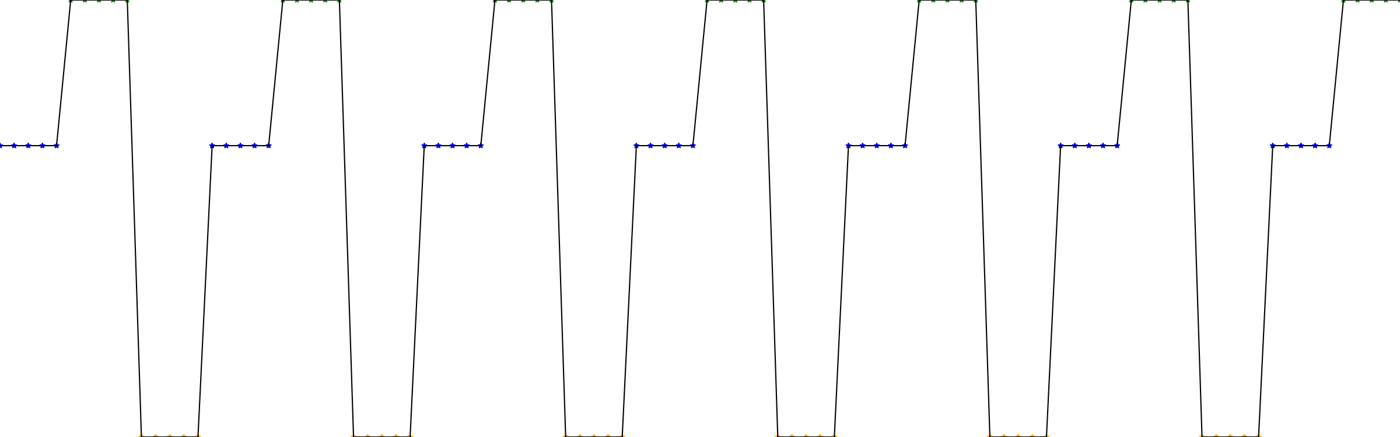
Repository: Carty-Bao/BNPHMM
Script's output: python code/synth.py
An editor plug-in stored every save of this project. The script's output is shown before and after the next save, followed by the edit.
Figures wider than 1,400 px are first shrunk to that width. Random numbers start from a fixed seed.

Above is the script's output before, as saved 2022-08-18 11:00:34.

### code/synth.py
'''
author: Jiadi
Date: 2022.5.7
TODO: add parser
'''
import random
from math import ceil
from re import X
import numpy as np
import pylab as P
from scipy.stats import entropy
# from torch import threshold

def _blob(x,y,area,colour):
    """
    Draws a square-shaped blob with the given area (< 1) at
    the given coordinates.
    """
    hs = np.sqrt(area) / 2
    xcorners = np.array([x - hs, x + hs, x + hs, x - hs])
    ycorners = np.array([y - hs, y - hs, y + hs, y + hs])
    P.fill(xcorners, ycorners, colour, edgecolor=colour)

def hinton(W, maxWeight=None):
    """
    Draws a Hinton diagram for visualizing a weight matrix.
    Temporarily disables matplotlib interactive mode if it is on,
    otherwise this takes forever.
    """
    reenable = False
    if P.isinteractive():
        P.ioff()
    P.clf()
    height, width = W.shape
    if not maxWeight:
        maxWeight = 2**np.ceil(np.log(np.max(np.abs(W)))/np.log(2))

    P.fill(np.array([0,width,width,0]),np.array([0,0,height,height]),'gray')
    P.axis('off')
    P.axis('equal')
    for x in range(width):
        for y in range(height):
            _x = x+1
            _y = y+1
            w = W[y,x]
            if w > 0:
                _blob(_x - 0.5, height - _y + 0.5, min(1,w/maxWeight),'white')
            elif w < 0:
                _blob(_x - 0.5, height - _y + 0.5, min(1,-w/maxWeight),'black')
    if reenable:
        P.ion()
    P.show()

def gen_alpha(type = 'jitter', K = 3):
    '''
    为HMM生成状态转移矩阵和HMM集群中心
    type:调制基形,以PRI为例,可选的调制基形:
    'jitter','stagger','slide','dwell'
    center:不同调制基形对应不同集群中心,如果不指定集群中心,默认中心个数=3

    默认均为一维变量
    '''

    if type == 'jitter':
        assert K==1, "K must be 1"
        alpha = np.eye(K)
    if type in ['stagger', 'agile', 'dwell']:
        alpha = np.eye(K)
        while(1 in np.diag(alpha)):
            np.random.shuffle(alpha)
    if type == 'slide':
        alpha = np.eye(K)
        alpha = np.vstack((alpha[1:],alpha[0]))
    # if type == 'dwell':
    #     tr = np.eye(K)
    #     while(1 in np.diag(tr)):
    #         np.random.shuffle(tr)
    #     alpha = 0.05*tr + np.eye(K)
    return alpha

def Non_ideal_HMM(N, K, XDim=1, mu_sd_factor=0, L=10, spur_ratio=0, miss_ratio=0,type='stagger', mu = None):
    '''N: number of observations
    K: number of discrete components
    XDim: dimensionality of observed data (default = 2)
    mu:HMM集群的中心值，如果没有制定就是[100, 110, 120,...]

    计算虚假脉冲和缺失脉冲个数'''

    spur_num = np.floor(spur_ratio * N)
    miss_num = np.floor(miss_ratio * N)
    N_unideal = int(N + spur_num + miss_num)
    X = np.zeros((N_unideal,XDim))
    Y = np.zeros((N_unideal,L))
    z = np.zeros(K)#记录上一个状态
    Z = np.zeros((N_unideal, 1))
    alpha = gen_alpha(type=type, K=K)

    beta = 0.1 #intial dist params.
    pik = np.random.dirichlet(beta*np.ones(K)) #distribution over initial state p(l_0)
    A = alpha / np.reshape(alpha.sum(axis=1),(K,1))#把alpha归一化
    # mu = np.array([np.random.multivariate_normal(np.zeros(XDim),20*np.eye(XDim)) for _ in range(K)]) #每个类别的均值
    if mu == None:
        mu = np.array([[100+10*i] for i in range(K)])
        mu_init = mu.copy()
    else:
        mu = np.array([mu])
        print(mu)
        mu = mu.T
        mu_init = mu.copy()
    C = np.array([mu_sd_factor*np.eye(XDim) for _ in range(K)])#每个类别的方差
    pr_y = np.array([np.random.dirichlet(0.1*np.ones(L)) for _ in range(K)])#每个类别的可能性的先验概率
    #draw observations:
    n = 0
    bound = X.shape[0]
    while(n<=bound):
        #draw latent component:
        if n==0:
            z = np.random.multinomial(1, pik)
        else:
            prev_z = z.argmax()
            z = np.random.multinomial(1,A[prev_z,:])
        z_n = z.argmax()#记录下一个状态
        if np.random.choice(2, 1, p=[1 - miss_ratio, miss_ratio]) and type is not 'dwell':#缺失脉冲
            X = np.delete(X, n, axis=0)
            Y = np.delete(Y, n, axis=0)
            Z = np.delete(Z, n, axis=0)
            continue
        if np.random.choice(2, 1, p=[1 - spur_ratio, spur_ratio]) and type is not 'dwell':#虚假脉冲
            spur_value = np.random.uniform(low=min(mu),high=max(mu),size=1)
            X[n,:] = np.random.multivariate_normal(spur_value, C[z_n,:,:])
            # Z[n,:] = abs(mu-spur_value).argmin()
            Z[n,:] = K+1
            n+=1
        if type=='dwell':
            for dns in range(5):
                if np.random.choice(2, 1, p=[1 - miss_ratio, miss_ratio]):#缺失脉冲
                    X = np.delete(X, n, axis=0)
                    Y = np.delete(Y, n, axis=0)
                    Z = np.delete(Z, n, axis=0)
                    continue
                if np.random.choice(2, 1, p=[1 - spur_ratio, spur_ratio]):#虚假脉冲
                    spur_value = np.random.uniform(low=min(mu),high=max(mu),size=1)
                    X[n,:] = np.random.multivariate_normal(spur_value, C[z_n,:,:])
                    # Z[n,:] = abs(mu-spur_value).argmin()
                    Z[n,:] = K+1
                    n+=1
                X[n,:] = np.random.multivariate_normal(mu[z_n,:], C[z_n,:,:])
                Y[n,:] = np.random.multinomial(1,pr_y[z_n,:])
                Z[n,:] = z_n
                bound = X.shape[0]-1
                n+=1
                if n>bound:
                    break
        else:
            X[n,:] = np.random.multivariate_normal(mu[z_n,:], C[z_n,:,:])
            if type == 'agile':
                Z[n,:] = np.where(mu_init == mu[z_n,:])[0]
            if (n+1) % K == 0 and type=='agile':
                np.random.shuffle(mu)

        if type !='dwell':
            Y[n,:] = np.random.multinomial(1,pr_y[z_n,:])
            if type != 'agile':
                Z[n,:] = z_n
            n+=1
            bound = X.shape[0]-1
    #返回每个类别的均值
    return X,Y,Z,mu

def workmode_cat(nums = None, Ks = None, mus = None, XDim=1, mu_sd_factor = 0, spur_ratio = 0, miss_ratio = 0, types = None):
    '''
    将生成的数据拼接
    nums Ks types均为列表 长度相同
    '''
    seq_num = len(nums)
    assert len(Ks) == seq_num, "Do not have enough Ks"
    assert len(types) == seq_num, "Do not have enough types"
    assert len(mus) == seq_num, "Do not have enough mus"

    X = None
    Z = None
    mus_grd = None
    paras = zip(nums, Ks, mus, types)
    for para in paras:
        session, _, labels, mu_grd = Non_ideal_HMM(N=para[0], K=para[1],mu = para[2], XDim=XDim, mu_sd_factor=mu_sd_factor, spur_ratio=spur_ratio, miss_ratio=miss_ratio,type=para[3])
        if X is None and mus_grd is None:
            X = session
            Z = labels
            mus_grd = mu_grd
        else:
            X = np.vstack((X, session))
            Z = np.vstack((Z, labels))
            mus_grd = np.vstack((mus_grd, mu_grd))
    return X, Z, mus_grd

def center_compare(center1, center2, threshold):
    '''
    比较两个集群中心
    '''
    diff = np.array([])
    for num in center1:
        diff = np.append(diff,min(abs(num-center2)))
    change = diff.sum()/diff.shape[0] > threshold
    cusum =  float(diff.sum())/diff.shape[0]
    return change,threshold #1是手动设置阈值

def trans_compare(A_1, A_2, mu_1, mu_2,threshold=1):
    def trans(A, order):
        N = len(order)
        # print(order)
        new_matrix = np.zeros((N,N))
        for i, row in enumerate(order):
            for j, col in enumerate(order):
                try:
                    new_matrix[row][col] = A[i][j]
                except IndexError:
                    if A.shape[0] < N:#A_1<A_2,填上0
                        new_matrix[row][col] = 0.1
                    # else:

        return new_matrix

    def trans_order(mu_1,mu_2):
        order = []
        N = len(mu_1)
        minus_dis = []
        for mu in mu_1:
            minus = mu_2 - mu
            order.append(np.argmin(abs(minus)))
            minus_dis.append(np.min(abs(minus)))
        return order

    order = trans_order(mu_1,mu_2)
    A2_new = trans(A_2,order)
    e = 0
    for index in range(len(order)):
        e += entropy(A_1[index], A2_new[index])
    change = e > threshold
    cusum = e
    return change, cusum

if __name__=="__main__":

    import matplotlib as mpl
    mpl.use('TkAgg')
    import matplotlib.pyplot as plt
    import pandas as pd
    np.set_printoptions(threshold=np.inf)
    plt.rc('font',family='Times New Roman')

    #数据生成
    N, K_grnd, K = 100, 5, 10
    X1, _, Z, mu_grd = Non_ideal_HMM(N, K_grnd, mu_sd_factor= 0, spur_ratio=0., miss_ratio=0,type='dwell')

    # Ns = [100,150,180]
    # Ks = [4,5,6]
    # types = ['stagger','slide','stagger']
    # X, mu_grd = workmode_cat(nums=Ns, Ks=Ks, mu_sd_factor=0, spur_ratio=0, miss_ratio=0, types=types)
    pulse = []
    labels = []
    for p, z in zip(X1,Z):
        labels.append(int(z))
        pulse.append(int(p))

    data = [range(len(pulse)),pulse,labels]
    data = zip(*data)
    df = pd.DataFrame(data,columns=['index','X','Z'])

    #颜色赋值
    col = []
    colors = ['#FF0000', '#FFA500', 'purple', 'blue', '#228B22']
    for i in range(0, len(labels)):
        col.append(colors[int(labels[i])])



    plt.figure(dpi=150,figsize=(16,5))
    # plt.xlabel("PRI index")
    # plt.ylabel("PRI value")
    # plt.title("agile PRI")
    plt.axis('off')
    # plt.plot(range(len(X1)), X1, markersize=6, marker='*',c=col)
    plt.plot(range(len(X1)), X1,color='black', linewidth=1.0)
    plt.scatter(range(len(X1)), X1, c=col,marker='*',s=16)
    # ax = df.plot.scatter('index', 'X', c=col, figsize=(16,5),s=6)
    # ax = df.plot('index', 'X', c='black')

    # plt.plot(Z+120)
    plt.subplots_adjust(top = 1, bottom = 0, right = 1, left = 0, hspace = 0, wspace = 0)
    plt.margins(0,0)

    plt.savefig("genworkmode/dwell_color.png", transparent=True, dpi=300, pad_inches = 0,format='png')
    plt.show()

After the next save:
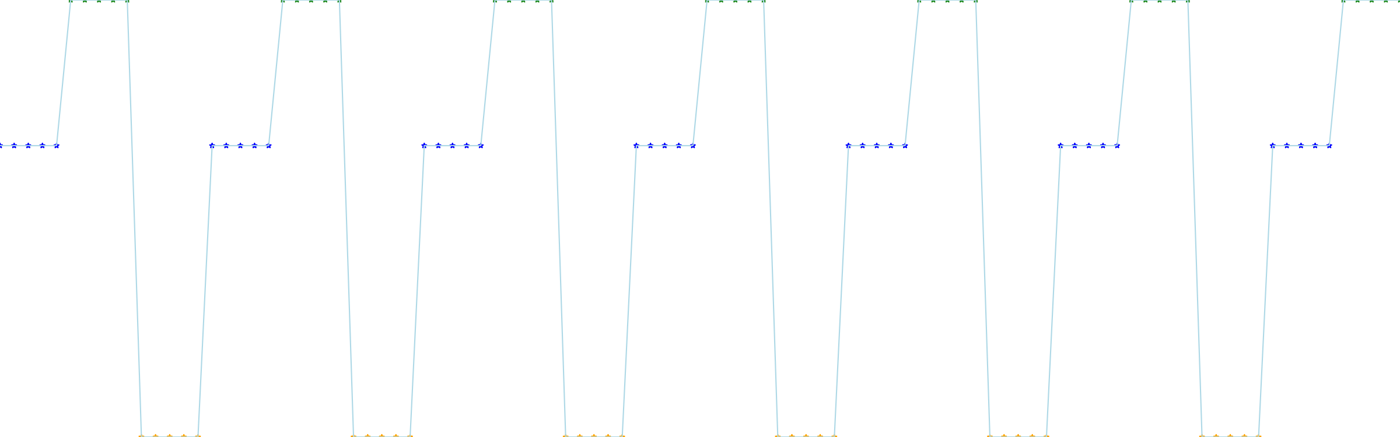
Saved 7 s later.
--- a/code/synth.py
+++ b/code/synth.py
@@ -280,7 +280,7 @@ if __name__=="__main__":
     # plt.title("agile PRI")
     plt.axis('off')
     # plt.plot(range(len(X1)), X1, markersize=6, marker='*',c=col)
-    plt.plot(range(len(X1)), X1,color='black', linewidth=1.0)
+    plt.plot(range(len(X1)), X1,color='lightblue', linewidth=1.0)
     plt.scatter(range(len(X1)), X1, c=col,marker='*',s=16)
     # ax = df.plot.scatter('index', 'X', c=col, figsize=(16,5),s=6)
     # ax = df.plot('index', 'X', c='black')
